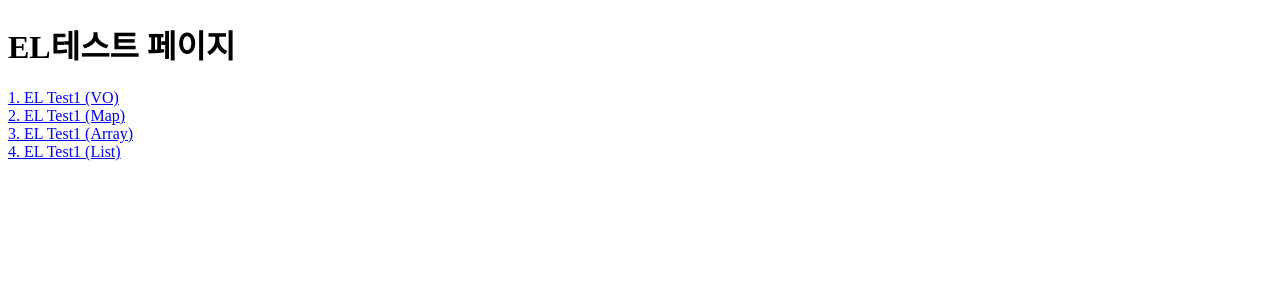
Repository: ajtwls1256/Web-workspace
Page: Day55-jspTag/WebContent/EL/jsp_EL.html
These files come from the project's save history. The page is drawn as it stood at one moment and after the next save; the edit follows.
The browser window is 1280 px wide. The pictures show the whole page.

Above is the page before, as saved 2019-10-14 02:41:17.

After the next save:
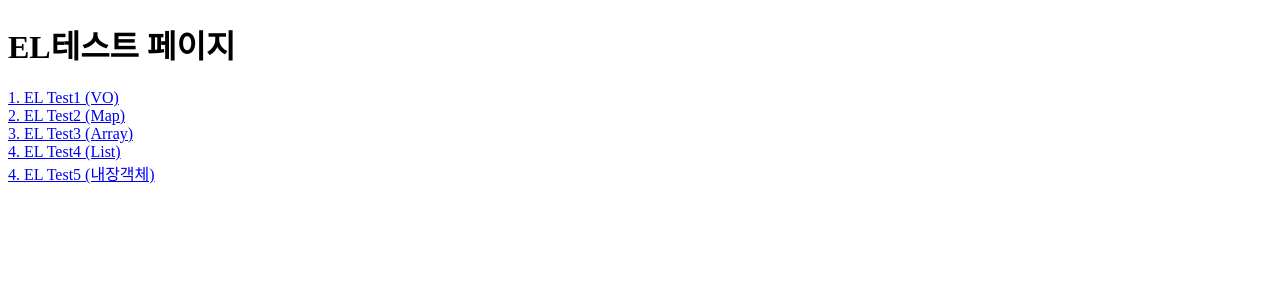
Saved 2 min 14 s later.
--- a/Day55-jspTag/WebContent/EL/jsp_EL.html
+++ b/Day55-jspTag/WebContent/EL/jsp_EL.html
@@ -7,8 +7,9 @@
 <body>
 	<h1>EL테스트 페이지</h1>
 	<a href="/jsp/ELServletTest1">1. EL Test1 (VO)</a><br>
-	<a href="/jsp/ELServletTest2">2. EL Test1 (Map)</a><br>
-	<a href="/jsp/ELServletTest3">3. EL Test1 (Array)</a><br>
-	<a href="/jsp/ELServletTest4">4. EL Test1 (List)</a><br>
+	<a href="/jsp/ELServletTest2">2. EL Test2 (Map)</a><br>
+	<a href="/jsp/ELServletTest3">3. EL Test3 (Array)</a><br>
+	<a href="/jsp/ELServletTest4">4. EL Test4 (List)</a><br>
+	<a href="/jsp/ELServletTest5">4. EL Test5 (내장객체)</a><br>
 </body>
 </html>
